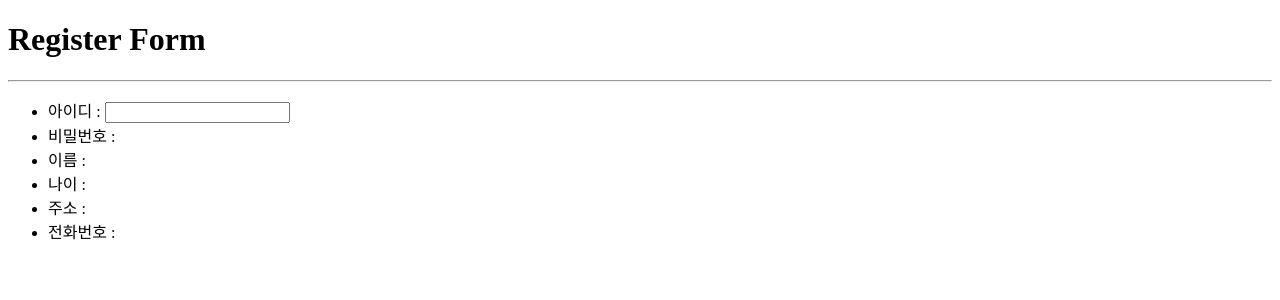
Repository: khy4701/JavaServerPage-Servlet
Page: http://localhost/05.JDBCProject/RegisterForm.jsp
These files come from the project's save history. The page is drawn as it stood at one moment and after the next save; the edit follows.
The browser window is 1280 px wide. The pictures show the whole page.
The page is served by Tomcat 9. Other server files are loaded and not shown.

Above is the page before, as saved 2016-07-21 00:33:12.

### 05.JDBCProject/WebContent/RegisterForm.jsp
<%@ page language="java" contentType="text/html; charset=UTF-8"
    pageEncoding="UTF-8"%>
<!DOCTYPE html>
<html>
<head>
<meta charset="UTF-8">
<title>Insert title here</title>
</head>
<body>

<h1> Register Form</h1>
<hr>

<form>


<ul>
<li> 아이디 : <input type ="text" name="id">
<li> 비밀번호 :
<li> 이름 :
<li> 나이 :
<li> 주소 :
<li> 전화번호 :
</ul>
</form>

</body>
</html>

After the next save:
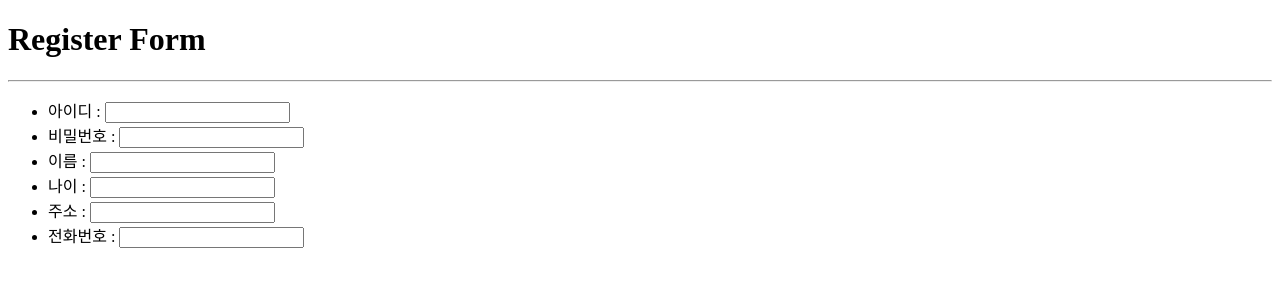
Saved 56 s later.
--- a/05.JDBCProject/WebContent/RegisterForm.jsp
+++ b/05.JDBCProject/WebContent/RegisterForm.jsp
@@ -16,11 +16,11 @@
 
 <ul>
 <li> 아이디 : <input type ="text" name="id">
-<li> 비밀번호 :
-<li> 이름 :
-<li> 나이 :
-<li> 주소 :
-<li> 전화번호 :
+<li> 비밀번호 : <input type ="password" name="pw">
+<li> 이름 : <input type ="text" name="userName">
+<li> 나이 : <input type ="text" name="age">
+<li> 주소 : <input type ="text" name="address">
+<li> 전화번호 : <input type ="text" name="phoneNum">
 </ul>
 </form>
 
